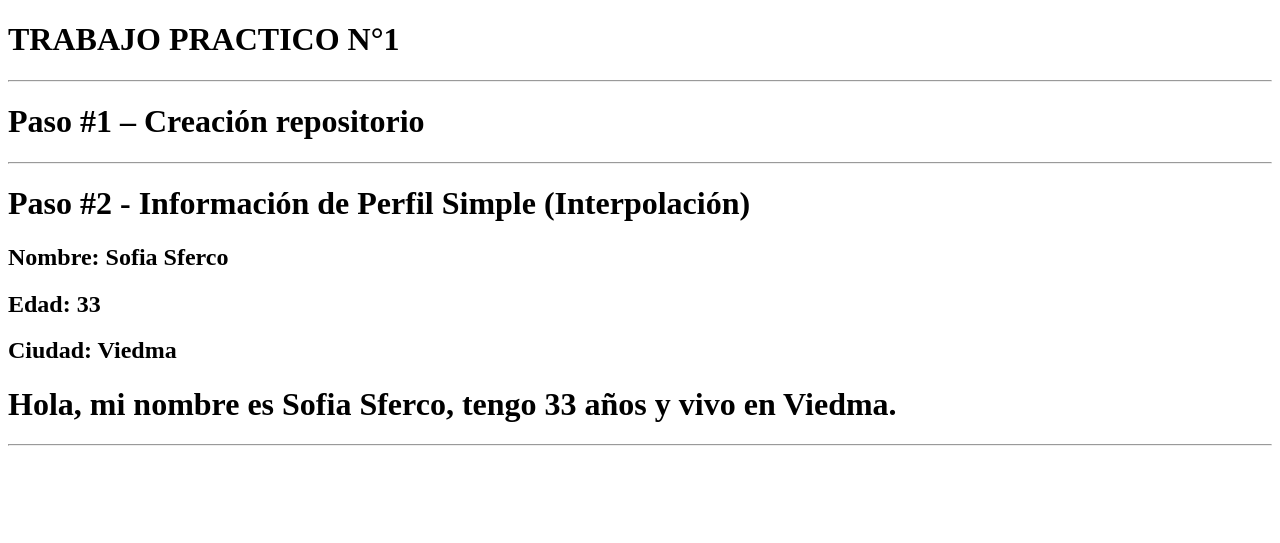
Repository: SofiaSferco/PWA-2026
Page: practico01/index.html
The author's editor kept a copy of each file at every save. The page is drawn from the files as they stood at one save, then again after the next save.
The browser window is 1280 px wide. The pictures show the whole page.

Above is the page before, as saved 2026-09-10 00:25:29.

### practico01/index.html
<!DOCTYPE html>
<html lang="en">
<head>
    <meta charset="UTF-8">
    <title>Practico 01</title>
    <script src="https://cdn.jsdelivr.net/npm/vue/dist/vue.js"></script>
</head>
<body>
    <div id="app">
        <p>
            <h1>TRABAJO PRACTICO N°1</h1>
        </p>
        <hr>
        <h1>Paso #1 – Creación repositorio</h1>
        <hr>
        <h1>Paso #2 - Información de Perfil Simple (Interpolación)</h1>
        <h2>Nombre: {{nombre}}</h2>
        <h2>Edad: {{edad}}</h2>
        <h2>Ciudad: {{ciudad}}</h2>
        <h1>Hola, mi nombre es {{nombre}}, tengo {{edad}} años y vivo en {{ciudad}}.</h1>
        <hr>

    </div>
    <script>
       var app= new Vue({
           el: '#app',
           data: {
               nombre: 'Sofia Sferco',
               edad: 33,
               ciudad: 'Viedma',
           }
       })
    </script>
</body>
</html>

After the next save:
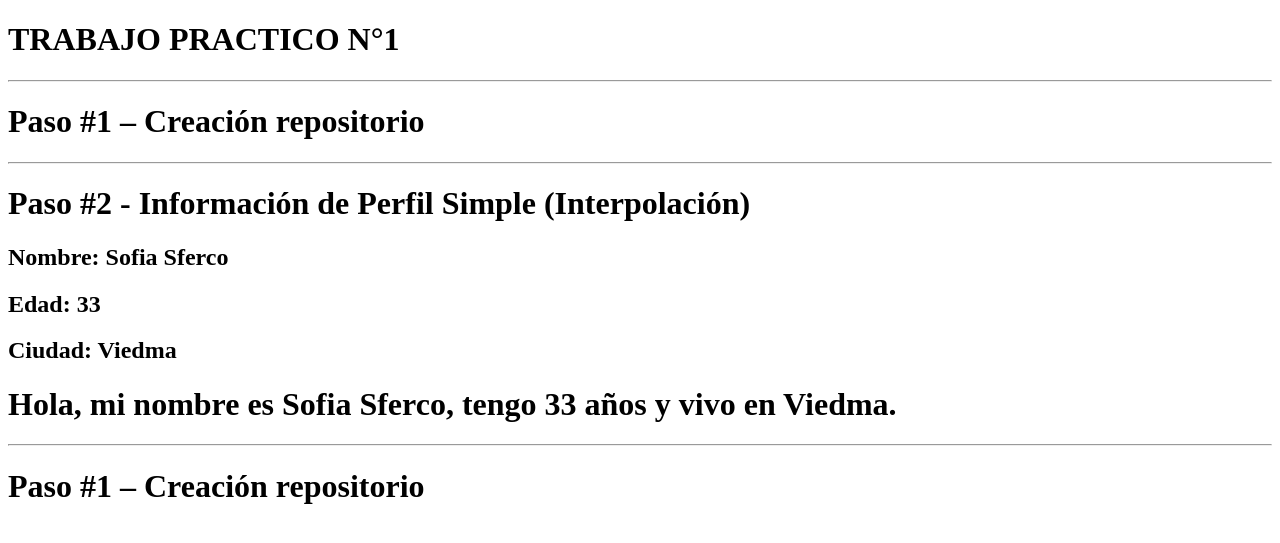
Saved 8 s later.
--- a/practico01/index.html
+++ b/practico01/index.html
@@ -19,7 +19,7 @@
         <h2>Ciudad: {{ciudad}}</h2>
         <h1>Hola, mi nombre es {{nombre}}, tengo {{edad}} años y vivo en {{ciudad}}.</h1>
         <hr>
-
+        <h1>Paso #1 – Creación repositorio</h1>
     </div>
     <script>
        var app= new Vue({
